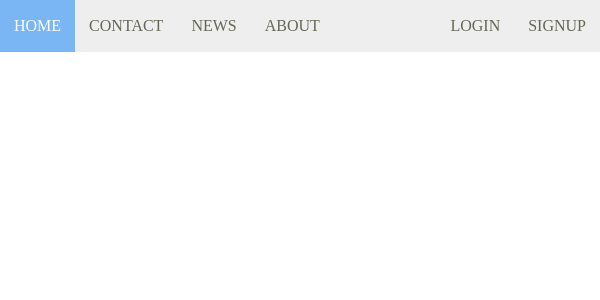
Repository: jesar-enl/My-CSS-Website
Page: index.html
An editor plug-in stored every save of this project. The page is shown before and after a run of saves, followed by the edit.
The browser window is 600 px wide. The pictures show the whole page.

Above is the page before, as saved 2022-07-26 12:58:09.

After the next 3 saves:
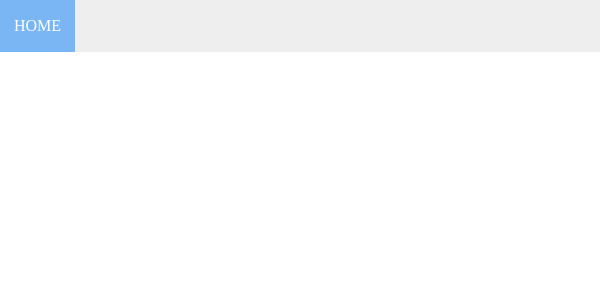
The 3 saves are shown as one change because they came seconds apart.
The last was saved 9 s later.
--- a/style.css
+++ b/style.css
@@ -55,7 +55,7 @@ ul.topnav li a:hover {
 
 /* ############ Media Query ########### */
 @media screen and (max-width: 680px) {
-  ul.topnav li:not(:) {
+  ul.topnav li:not(:nth-child(1)) {
     display: none;
   }
 }
